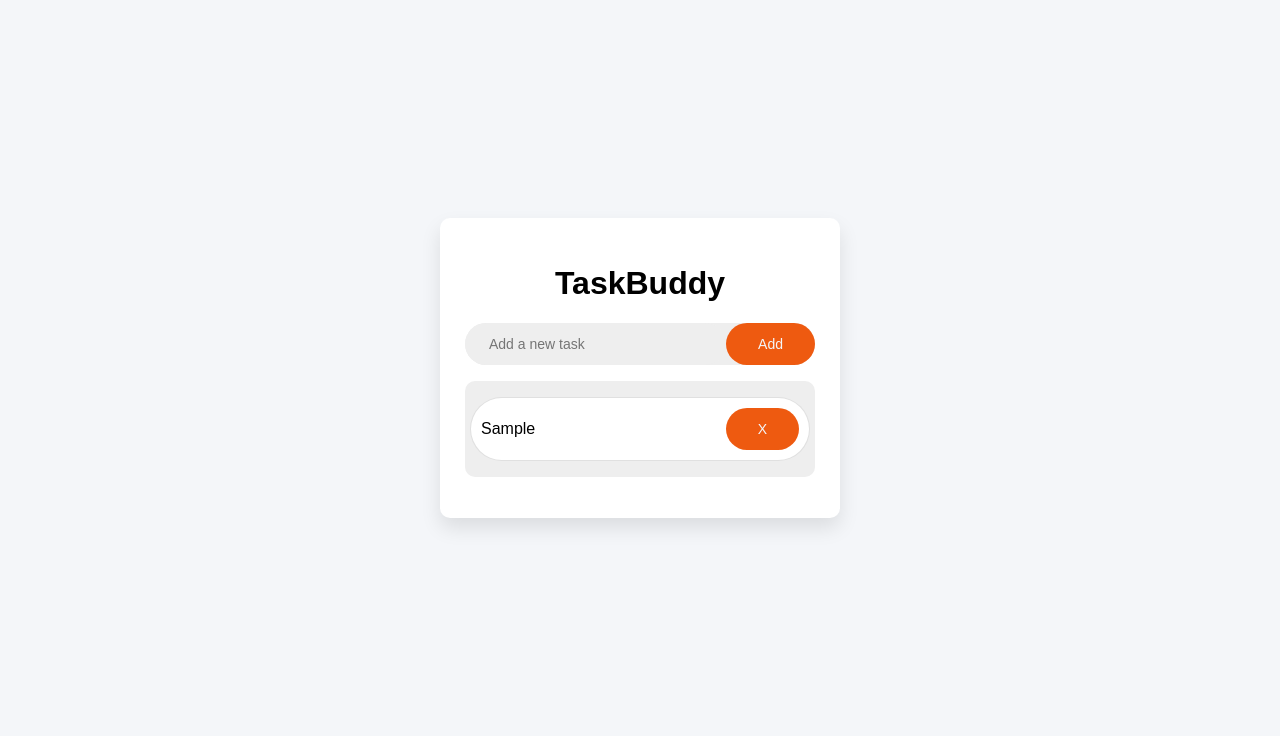
Repository: yogeshnandwani/taskbuddy-todo
Page: index.html
The author's editor kept a copy of each file at every save. The page is drawn from the files as they stood at one save, then again after the next save.
The browser window is 1280 px wide. The pictures show the whole page.
Empty fields were first filled with sample values (such as "Sample", 5 or name@example.com).
After loading, the first visible `#addBtn` was clicked once.

Above is the page before, as saved 2026-03-16 18:06:05.

After the next save:
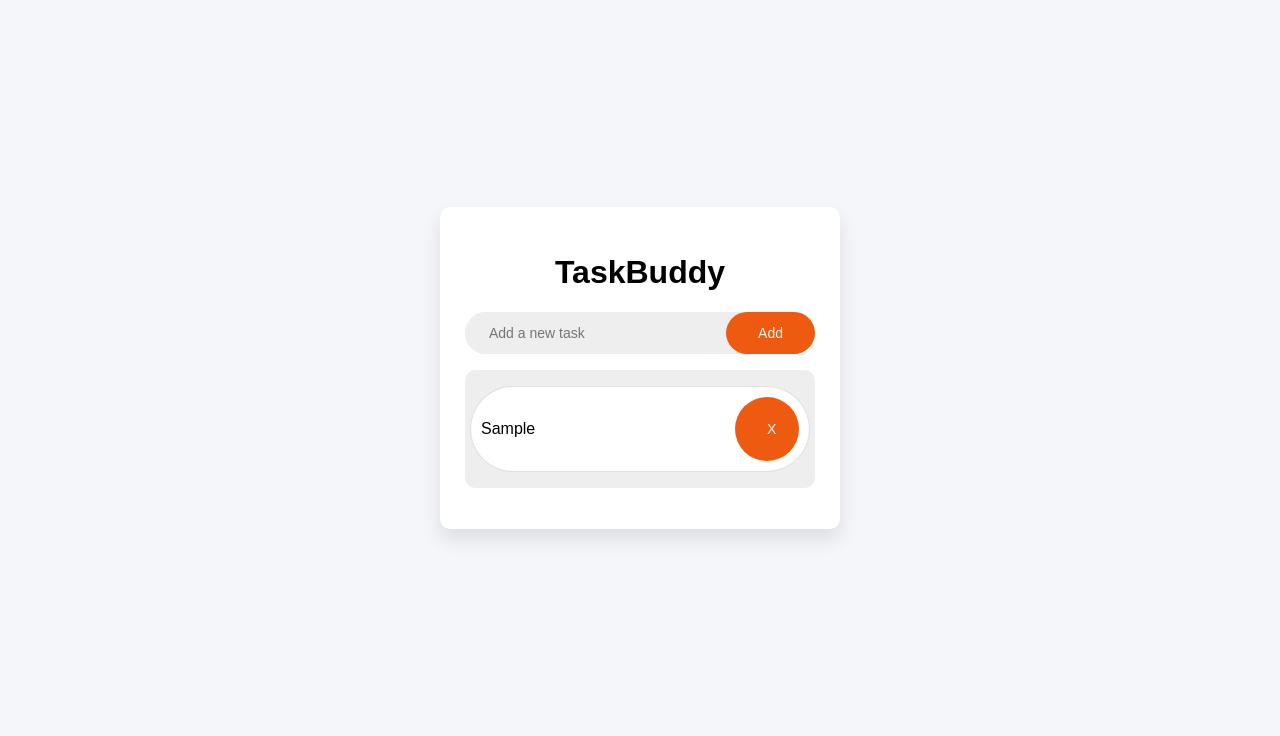
Saved 21 s later.
--- a/css/style.css
+++ b/css/style.css
@@ -72,6 +72,7 @@
     display:flex;
     justify-content:space-between;
 }
-li btn{
+li .delete{
     width: 20px;
+    aspect-ratio: 1/1;
 }

After the 2 saves that followed:
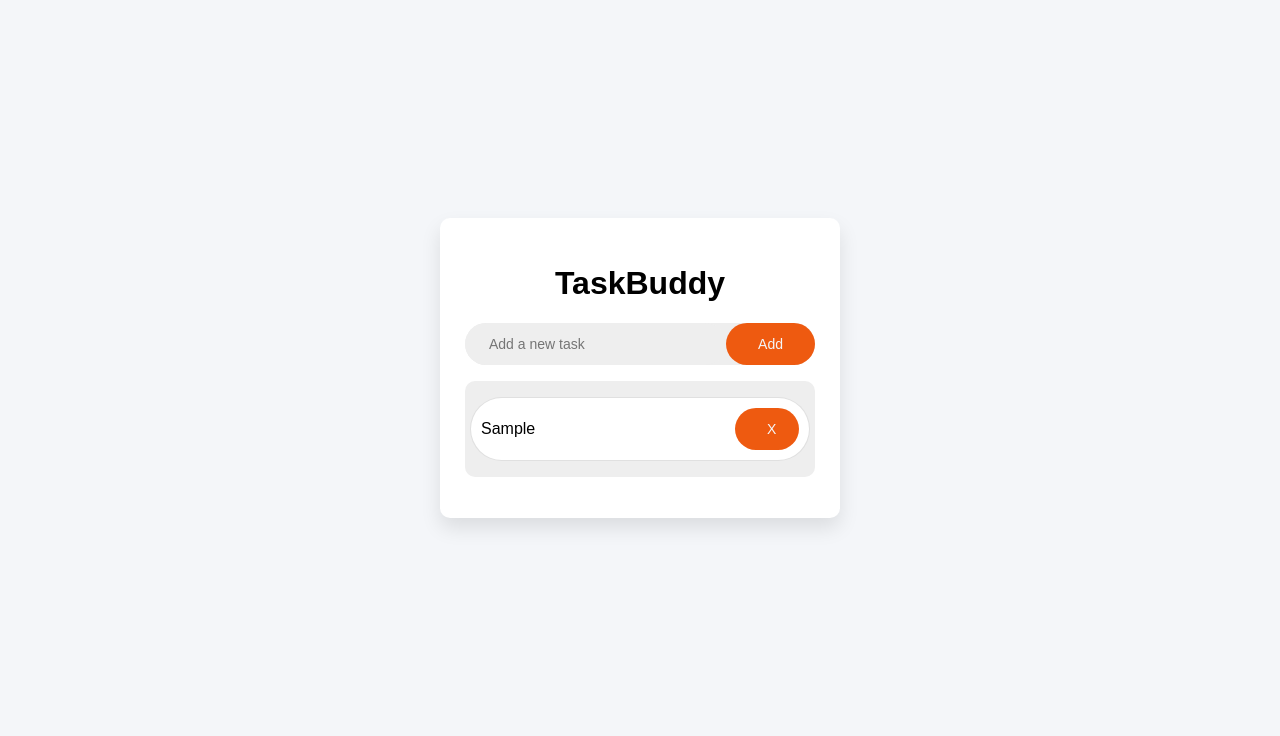
The 2 saves are shown as one change because 1 left the picture as it was.
The last was saved 15 s later.
--- a/css/style.css
+++ b/css/style.css
@@ -73,6 +73,5 @@
     justify-content:space-between;
 }
 li .delete{
-    width: 20px;
-    aspect-ratio: 1/1;
+    width: 12px;
 }
